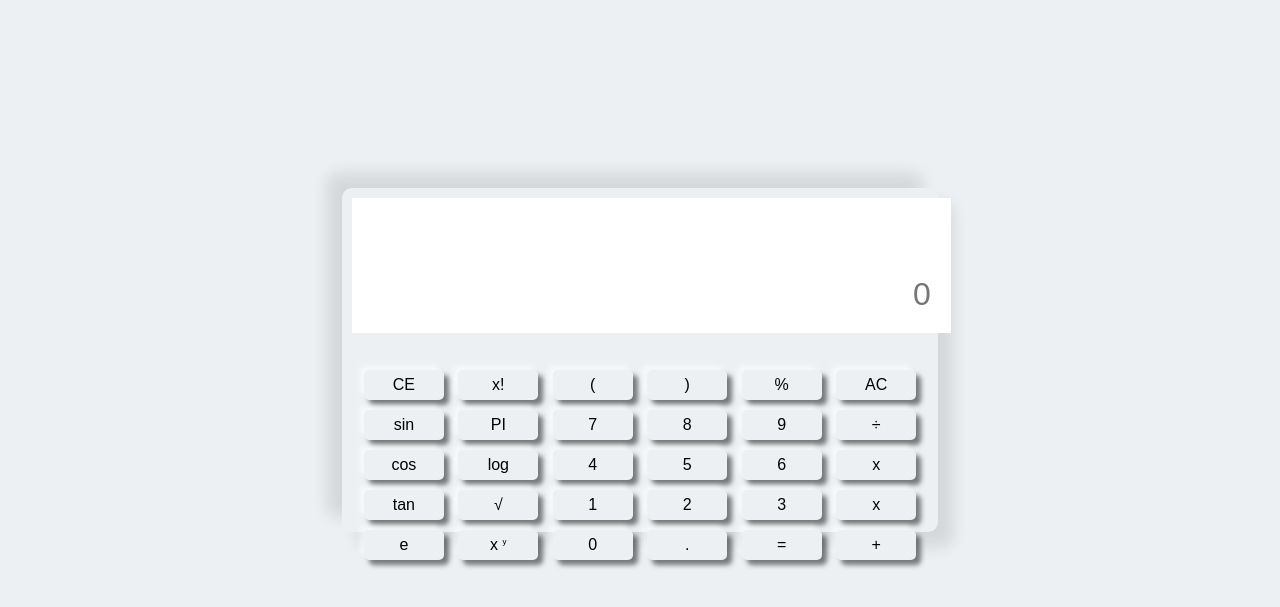
Repository: Haakim19/Scientific-Calculator
Page: intex.html
The author's editor kept a copy of each file at every save. The page is drawn from the files as they stood at one save, then again after the next save.
The browser window is 1280 px wide. The pictures show the whole page.

Above is the page before, as saved 2024-10-27 12:38:34.

### intex.html
<!DOCTYPE html>
<html lang="en">
<head>
    <meta charset="UTF-8">
    <meta name="viewport" content="width=device-width, initial-scale=1.0">
    <title>Scientific Calculator</title>
    <link rel="stylesheet" href="Style.css">
</head>
<body>
    <div class="container">
        <div class="display">
                <input type="text" id="screen1" readonly >
                <input type="text" id="screen2" placeholder="0" >
        </div>
        <div class="btns">
            <div class="row">
                <button class="btn">CE</button>
                <button class="btn">x!</button>
                <button class="btn">(</button>
                <button class="btn">)</button>
                <button class="btn">%</button>
                <button class="btn">AC</button>
            </div>
            <div class="row">
                <button class="btn">sin</button>
                <button class="btn">PI</button>
                <button class="btn">7</button>
                <button class="btn">8</button>
                <button class="btn">9</button>
                <button class="btn">÷</button>
            </div>
            <div class="row">
                <button class="btn">cos</button>
                <button class="btn">log</button>
                <button class="btn">4</button>
                <button class="btn">5</button>
                <button class="btn">6</button>
                <button class="btn">x</button>
            </div>
            <div class="row">
                <button class="btn">tan</button>
                <button class="btn">√</button>
                <button class="btn">1</button>
                <button class="btn">2</button>
                <button class="btn">3</button>
                <button class="btn">x</button>
            </div>
            <div class="row">
                <button class="btn">e</button>
                <button class="btn">x <sup style="font-size: 0.5rem;">y</sup></button>
                <button class="btn">0</button>
                <button class="btn">.</button>
                <button class="btn">=</button>
                <button class="btn">+</button>
            </div>
        </div>
</body>

</html>

### Style.css
body{
    /* background-color: #f0f0f0; */
    font-family: Arial, sans-serif;
    margin: 0;
    padding: 0;
    justify-content: center;
    align-items: center;
    display: flex;
    min-height: 100vh;
    background: #ecf0f3;
}

.container{
    width: 45%;
    height: 45vh;
    padding: 10px;
    border-radius: 10px;
    box-shadow: 15px 15px 15px rgba(0, 0, 0, 0.1),
                -15px -15px 15px rgba(0, 0, 0, 0.1);
}
 /* #screen1{
    width: 97%;
    height: 70px;
    border: none;
    outline: none;
    text-align: right;
    padding-right: 0.5rem;
    margin-top: 1.5rem;
    font-size: 2em;
    border-radius: 8px;
    background:#ecf0f3;
    box-shadow: inset 5px 5px 5px rgba(0, 0, 0, 0.2),
                inset -5px -5px 5px rgba(0, 0, 0, 0.1);

} */
/* .display {
    width: 97%;
    height: 50px;
    border: none;
    outline: none;
    text-align: right;
    padding-right: 0.5rem;
    margin-top: 1.5rem;
    font-size: 2em;
    border-radius: 8px;
    background:#ecf0f3;
    display: flex;
    flex-direction: column;
    box-shadow: inset 5px 5px 5px rgba(0, 0, 0, 0.2),
                inset -5px -5px 5px rgba(0, 0, 0, 0.1);
}
.display input{
    height: 100%;
    border: none;
    outline: none;
    text-align: right;
    padding-right: 0.5rem;
    font-size: 2em;
    border-radius: 8px;
    display: flex;
    flex-direction: column;
} */
#screen1{
    width: 97%;
    padding: 20px;
    font-size: 1rem;
    border: none;
    outline: none;
    text-align: right;
    /* padding-right: -15px; */
    /* color: white; */
    /* background-color: hsl(0, 0%, 20%); */

}
#screen2{
    width: 97%;
    padding: 20px;
    font-size: 2rem;
    border: none;
    outline: none;
    text-align: right;
    /* padding-right: -15px; */
    /* color: white; */
    /* background-color: hsl(0, 0%, 20%); */

}
/* #screen2{
    width: 97%;
    height: 70px;
    border: none;
    outline: none;
    text-align: right;
    padding-right: 0.5rem;
    margin-top: 1.5rem;
    font-size: 2em;
    border-radius: 8px;
    background:#ecf0f3;
    /* box-shadow: inset 5px 5px 5px rgba(0, 0, 0, 0.2),
                inset -5px -5px 5px rgba(0, 0, 0, 0.1);

} */


.btns {
    width: 100%;
    cursor: pointer;
    display: flex;
    justify-content: center;
    align-items: center;
    /* border-radius: 5px; */
    margin-top: 2rem;
    flex-direction: column;
}
.btns .row button{
    width: 80px;
    height: 30px;
    margin: 5px;
    border: none;
    outline: none;
    font-size:16px;
    border-radius: 5px;
    cursor: pointer;
    background: #ecf0f3;
    box-shadow: 5px 5px 5px rgba(0, 0, 0, 0.5),
                -5px -5px 5px rgba(255, 255, 255, 0.5);
}

After the next save:
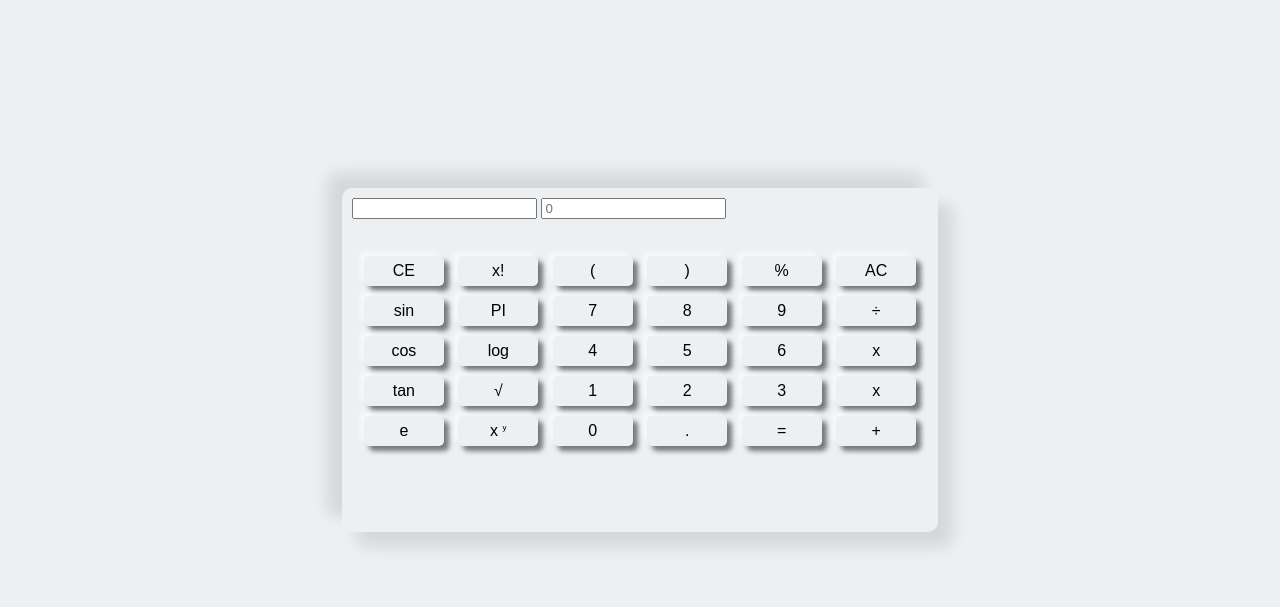
Saved 44 s later.
--- a/Style.css
+++ b/Style.css
@@ -60,7 +60,7 @@ body{
     display: flex;
     flex-direction: column;
 } */
-#screen1{
+/* #screen1{
     width: 97%;
     padding: 20px;
     font-size: 1rem;
@@ -69,7 +69,7 @@ body{
     text-align: right;
     /* padding-right: -15px; */
     /* color: white; */
-    /* background-color: hsl(0, 0%, 20%); */
+    /* background-color: hsl(0, 0%, 20%);
 
 }
 #screen2{
@@ -81,9 +81,9 @@ body{
     text-align: right;
     /* padding-right: -15px; */
     /* color: white; */
-    /* background-color: hsl(0, 0%, 20%); */
+    /* background-color: hsl(0, 0%, 20%);
 
-}
+} */
 /* #screen2{
     width: 97%;
     height: 70px;
